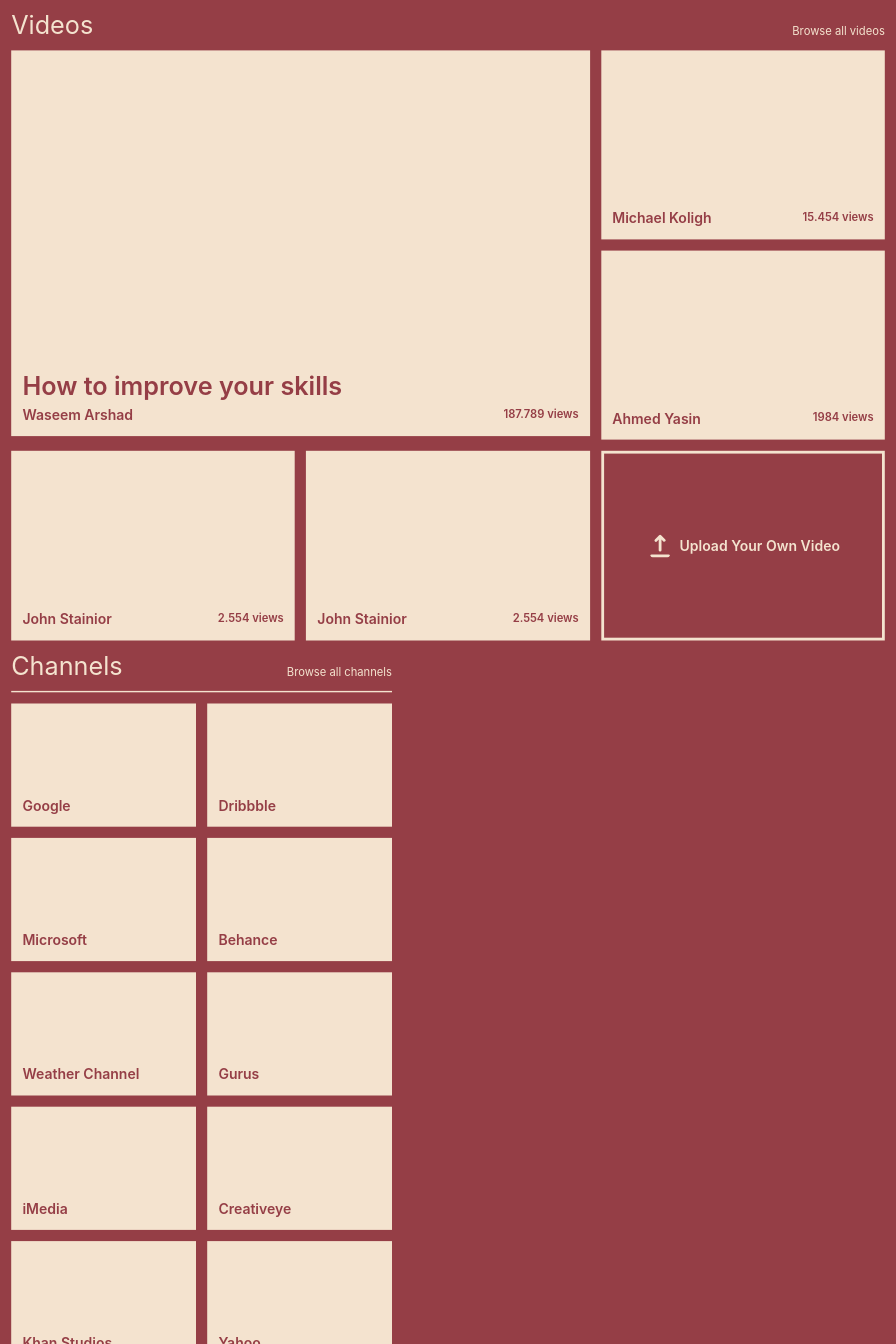
Repository: farrelmuhammad/test-salt
Page: /
The author's editor kept a copy of each file at every save. The page is drawn from the files as they stood at one save, then again after the next save.
The browser window is 1280 px wide. The pictures show the part of the page from y = 0 to 1920 px (the page is 2857 px tall before and 1942 px after), at 70% of full size.
The project was rebuilt for these pictures with package versions that can differ from the ones it lists, and the page was loaded fresh each time. Also part of the build but not shown: src/App.css.

Above is the page before, as saved 2022-11-21 16:50:52.

After the next save:
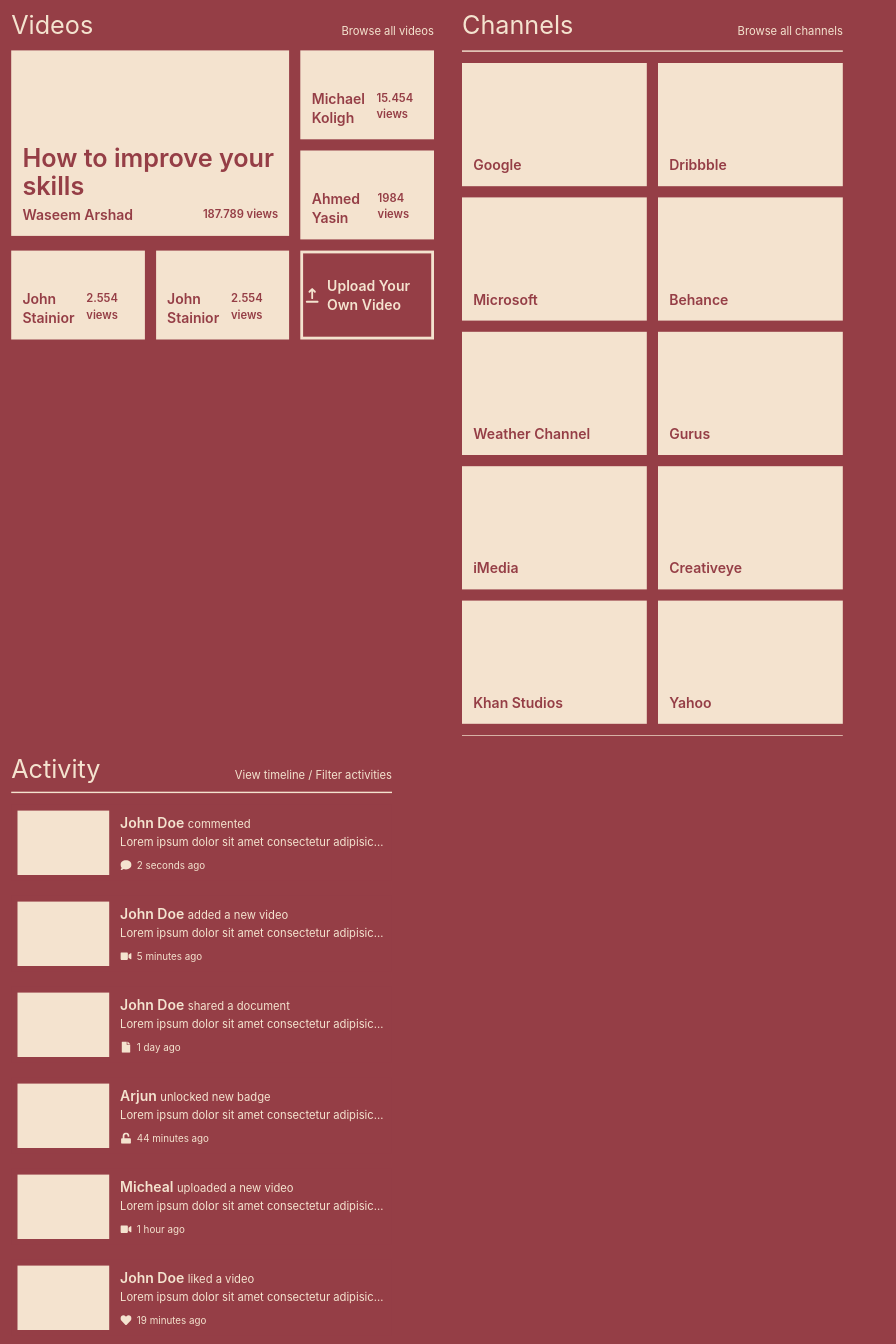
Saved 93 s later.
--- a/src/App.js
+++ b/src/App.js
@@ -7,8 +7,14 @@ import Activity from "./components/Activity";
 function App() {
   return (
     <>
-      <Box />
-      <Channels />
+      <div class="grid grid-cols-2 gap-2">
+        <div>
+          <Box />
+        </div>
+        <div>
+          <Channels />
+        </div>
+      </div>
       <Activity />
     </>
   );
